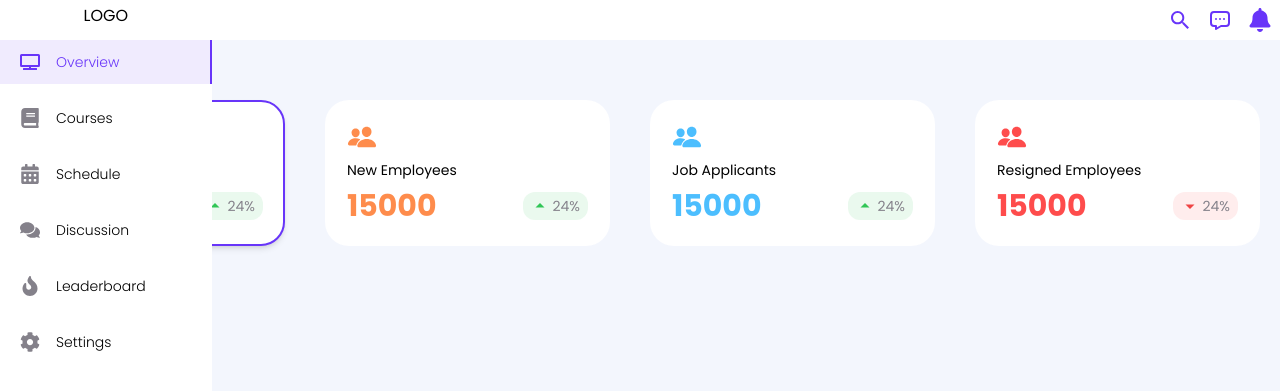
Repository: SpicierEwe/creativeio_hr_dashboard
Page: /
The author's editor kept a copy of each file at every save. The page is drawn from the files as they stood at one save, then again after the next save.
The browser window is 1280 px wide. The pictures show the whole page.
The project was rebuilt for these pictures with package versions that can differ from the ones it lists, and the page was loaded fresh each time. Also part of the build but not shown: src/components/dashboard/sections/sections_2/section_2.jsx. Imported but missing from the stored project, and not drawn on this page: src/components/dashboard/sections/sections_2/charts/pie_chart.

Above is the page before, as saved 2024-06-28 23:25:05.

### public/index.html
<!DOCTYPE html>
<html lang="en">
  <head>
    <meta charset="utf-8" />
    <link rel="icon" href="%PUBLIC_URL%/favicon.ico" />
    <meta name="viewport" content="width=device-width, initial-scale=1" />
    <meta name="theme-color" content="#000000" />
    <meta
      name="description"
      content="A perfectly optmized HR Dashboard for all screens sizes to give you the best possible user experience no matter the type of screen size you use."
    />
    <link rel="apple-touch-icon" href="%PUBLIC_URL%/logo192.png" />
    <!--
      manifest.json provides metadata used when your web app is installed on a
      user's mobile device or desktop. See https://developers.google.com/web/fundamentals/web-app-manifest/
    -->
    <link rel="manifest" href="%PUBLIC_URL%/manifest.json" />
    <!--
      Notice the use of %PUBLIC_URL% in the tags above.
      It will be replaced with the URL of the `public` folder during the build.
      Only files inside the `public` folder can be referenced from the HTML.

      Unlike "/favicon.ico" or "favicon.ico", "%PUBLIC_URL%/favicon.ico" will
      work correctly both with client-side routing and a non-root public URL.
      Learn how to configure a non-root public URL by running `npm run build`.
    -->
    <title>HR Dashboard</title>
  </head>
  <body>
    <noscript>You need to enable JavaScript to run this app.</noscript>
    <div id="root"></div>
    <!--
      This HTML file is a template.
      If you open it directly in the browser, you will see an empty page.

      You can add webfonts, meta tags, or analytics to this file.
      The build step will place the bundled scripts into the <body> tag.

      To begin the development, run `npm start` or `yarn start`.
      To create a production bundle, use `npm run build` or `yarn build`.
    -->
  </body>
</html>

### src/index.css
@import url('https://fonts.googleapis.com/css2?family=Poppins:ital,wght@0,100;0,200;0,300;0,400;0,500;0,600;0,700;0,800;0,900;1,100;1,200;1,300;1,400;1,500;1,600;1,700;1,800;1,900&display=swap');


@tailwind base;
@tailwind components;
@tailwind utilities;

@layer base {
    :root {
        --color-primary: #ffffff;
        --color-secondary: #f3f6fd;
        --accent: #6835f9;
        --accent-light: #f0ebfe;

        --font-primary: #202020;
        --font-secondary: #84818A;
        --font-tertiary: #47464A;
        /* Corrected the double # */
    }

    .hide-scrollbar::-webkit-scrollbar {
        display: none;
    }

    .hide-scrollbar {
        -ms-overflow-style: none;
        /* IE and Edge */
        scrollbar-width: none;
        /* Firefox */
    }

    body {
        font-family: 'Poppins', sans-serif;
        background-color: var(--color-secondary);
    }

    h1,
    h2,
    h3,
    h4 {
        color: var(--font-primary);
    }





    p {
        color: var(--font-secondary);
    }
}

### src/App.js
import { BrowserRouter as Router, Routes, Route } from "react-router-dom";

import "./App.css";
import DashBoard from "./components/dashboard/dashboard";
import SideNav from "./components/side_nav/side_nav";
import { useRef } from "react";

function App() {
  const sideRef = useRef(null);
  return (
    <Router>
      <div className="App overflow-x-hidden ">
        <div className="flex max-w-screen-2xl w-screen">
          {/* side and top nav  */}
          <div ref={sideRef} className="">
            <SideNav />
          </div>
          {/* right content */}
          <div className="w-[100%] pt-20  ">
            <Routes>
              <Route path="/" element={<DashBoard />} />
            </Routes>
          </div>
        </div>
      </div>
    </Router>
  );
}

export default App;

### src/components/dashboard/dashboard.jsx
import Section1 from "./sections/section_1/section_1";
import Section2 from "./sections/sections_2/section_2";

function DashBoard() {
  return (
    <div>
      <div className=" ">
        <Section1 />
      </div>

      <div className="">{/* <Section2 /> */}</div>
    </div>
  );
}

export default DashBoard;

### src/components/side_nav/side_nav.jsx
import React, { useEffect, useState } from "react";

import {
  FaComments,
  FaCog,
  FaFire,
  FaCalendarAlt,
  FaBook,
  FaTv,
  FaBell,
} from "react-icons/fa";
import { IoMdSearch } from "react-icons/io";
import { TbMessageDots } from "react-icons/tb";
import { Link, redirect, useLocation } from "react-router-dom";

const menuItems = [
  { id: 1, icon: <FaTv />, label: "Overview", notifications: 0, redirect: "/" },
  {
    id: 2,
    icon: <FaBook />,
    label: "Courses",
    notifications: 0,
    redirect: "/courses",
  },
  {
    id: 3,
    icon: <FaCalendarAlt />,
    label: "Schedule",
    notifications: 2,
    redirect: "/schedule",
  },
  {
    id: 4,
    icon: <FaComments />,
    label: "Discussion",
    notifications: 0,
    redirect: "/discussion",
  },
  {
    id: 5,
    icon: <FaFire />,
    label: "Leaderboard",
    notifications: 0,
    redirect: "/leaderboard",
  },
  {
    id: 6,
    icon: <FaCog />,
    label: "Settings",
    notifications: 0,
    redirect: "/settings",
  },
];

function SideNav() {
  const [selectedNavIndex, setSelectedNavIndex] = useState(0);

  const location = useLocation();

  useEffect(() => {
    const path = location.pathname;
    const index = menuItems.findIndex((item) => item.redirect === path);
    setSelectedNavIndex(index);
  }, [location.pathname]);

  return (
    <div className="fixed">
      {/* top nav */}
      <TopNavBar />

      {/* side nav */}
      <ul className="flex flex-col fixed  gap-3 h-screen justify-between z-[999] bg-primary">
        <div className="flex flex-col  gap-3">
          {/*  LOGO images */}

          <div className="mt-1">LOGO</div>

          {/* <h2>Main Menu</h2> */}
          {menuItems.map((item, index) => {
            const isSelected = selectedNavIndex === index;
            return (
              <Link to={item.redirect}>
                <li
                  key={item.id}
                  // bg
                  className={`p-3 border-r-2 ${
                    isSelected ? "border-accent" : "border-primary"
                  } text-md cursor-pointer w-full ${
                    isSelected ? "bg-accent_light" : ""
                  } transition-all duration-200 ease-in-out lg:pr-16 lg:pl-5 `}
                  onClick={() => setSelectedNavIndex(index)}
                >
                  <div className="flex justify-between gap-10">
                    <div className="flex gap-4">
                      {/* item icon */}
                      <div
                        className={` text-2xl lg:text-xl ${
                          isSelected ? "text-accent" : "text-secondary"
                        }  `}
                      >
                        {item.icon}
                      </div>

                      {/* lable */}
                      <div
                        className={`hidden lg:block text-sm font-light ${
                          isSelected ? "text-accent" : ""
                        } `}
                      >
                        {item.label}
                      </div>
                    </div>
                  </div>
                </li>
              </Link>
            );
          })}
        </div>
      </ul>
    </div>
  );
}

export default SideNav;
const TopNavBar = () => {
  const icons = [<IoMdSearch />, <TbMessageDots />, <FaBell />];
  return (
    <div className="bg-primary w-screen fixed  max-w-screen-2xl">
      {/* mobile */}
      <div className="flex justify-between">
        <div></div>

        {/* icons */}
        <div className="flex">
          {icons.map((icon, index) => (
            <div
              key={index}
              className="flex justify-end p-2 text-2xl text-accent"
            >
              {icon}
            </div>
          ))}
        </div>
      </div>
    </div>
  );
};

### src/components/dashboard/sections/section_1/section_1.jsx
import { useState } from "react";
import { IoPeople } from "react-icons/io5";
import { RiArrowUpSFill } from "react-icons/ri";

function Section1() {
  const data = [
    {
      icon: <IoPeople />,
      title: "Total Employees",
      count: 15000,
      percentage: "24%",
      color: "#6835f9",
      drop: false,
    },
    {
      icon: <IoPeople />,
      title: "New Employees",
      count: 15000,
      percentage: "24%",
      color: "#fe8c4c",
      drop: false,
    },
    {
      icon: <IoPeople />,
      title: "Job Applicants",
      count: 15000,
      percentage: "24%",
      color: "#4cbefe",
      drop: false,
    },
    {
      icon: <IoPeople />,
      title: "Resigned Employees",
      count: 15000,
      percentage: "24%",
      color: "#fe4c4c",
      drop: true,
    },
  ];

  function hexToRGBA(hex, opacity) {
    let r = 0,
      g = 0,
      b = 0;
    if (hex.length === 4) {
      r = parseInt(hex[1] + hex[1], 16);
      g = parseInt(hex[2] + hex[2], 16);
      b = parseInt(hex[3] + hex[3], 16);
    } else if (hex.length === 7) {
      r = parseInt(hex[1] + hex[2], 16);
      g = parseInt(hex[3] + hex[4], 16);
      b = parseInt(hex[5] + hex[6], 16);
    }
    return `rgba(${r},${g},${b},${opacity})`;
  }

  const item = {
    color: "#ff5733", // Example color
  };

  const boxShadowColor = hexToRGBA(item.color, 0.3);
  const boxShadow = `0 4px 10px -3px ${boxShadowColor}`;
  console.log(boxShadow);

  const [selectedIndex, setSelectedIndex] = useState(0);

  return (
    <div className="hide-scrollbar flex gap-5 lg:gap-10 overflow-x-auto hide-scroll w-full p-5 pl-0   xl:grid grid-cols-4">
      {data.map((item, index) => {
        return (
          <div
            key={index}
            onClick={() => setSelectedIndex(index)}
            className={`text-start rounded-3xl p-5 bg-primary flex flex-col items-start cursor-pointer ${
              selectedIndex === index ? `shadow-md` : ""
            } transition-all duration-200 ease-in-out`}
            style={{
              border: `2px ${
                selectedIndex === index ? item.color : "transparent"
              } solid`,
            }}
          >
            <div
              className="text-3xl"
              style={{
                color: item.color,
              }}
            >
              {item.icon}
            </div>
            <div className=" mt-2 text-sm  whitespace-nowrap">{item.title}</div>
            <div className="w-full flex gap-3 mt-2  items-center justify-between">
              <p
                className="text-3xl font-bold"
                style={{
                  color: item.color,
                }}
              >
                {item.count}
              </p>
              <div
                className="flex gap-1 items-center w-fit rounded-xl py-1 px-2"
                style={{
                  color: item.drop ? "red" : "green",
                  backgroundColor: item.drop
                    ? "rgba(254, 76, 76, 0.1)"
                    : "rgba(49, 198, 86, 0.1)",
                }}
              >
                {!item.drop ? (
                  <RiArrowUpSFill className="text-[#31c656] text-lg" />
                ) : (
                  <RiArrowUpSFill className="text-red-500 text-lg rotate-180" />
                )}
                <p className="text-sm">{item.percentage}</p>
              </div>
            </div>
          </div>
        );
      })}
    </div>
  );
}

export default Section1;

### tailwind.config.js
/** @type {import('tailwindcss').Config} */
module.exports = {
  content: ["./src/**/*.{js,jsx,ts,tsx}"],
  theme: {
    extend: {
      colors: {
        primary: "var(--color-primary)",
        secondary: "var(--color-secondary)",
        accent: "var(--accent)",
        accent_light: "var(--accent-light)",
      },
      textColor: {
        primary: "var(--font-primary)",
        secondary: "var(--font-secondary)",
        tertiary: "var(--font-tertiary)",
      },
    },
  },
  plugins: [],
};

Loaded but not shown: src/index.js (common file); src/reportWebVitals.js (common file); src/App.css (common file)

After the next save:
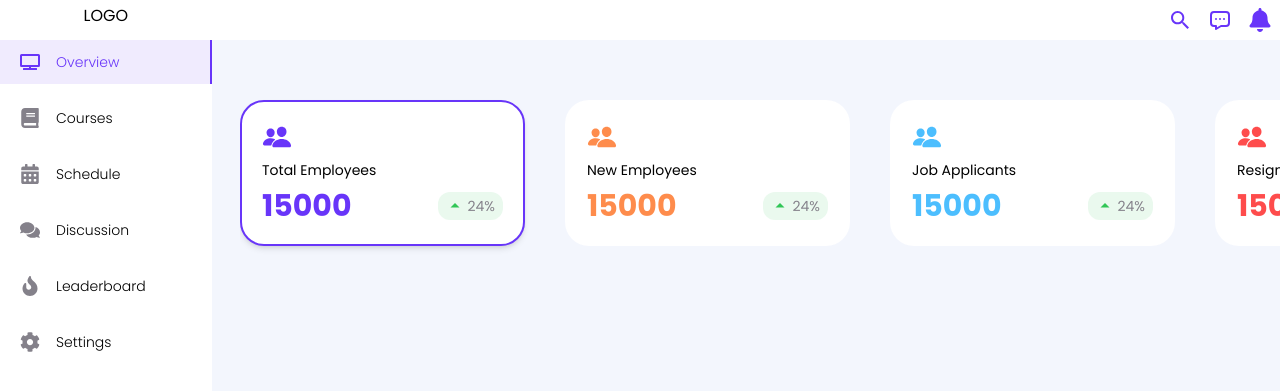
Saved 18 s later.
--- a/src/components/dashboard/sections/section_1/section_1.jsx
+++ b/src/components/dashboard/sections/section_1/section_1.jsx
@@ -65,7 +65,7 @@
   const [selectedIndex, setSelectedIndex] = useState(0);
 
   return (
-    <div className="hide-scrollbar flex gap-5 lg:gap-10 overflow-x-auto hide-scroll w-full p-5 pl-0   xl:grid grid-cols-4">
+    <div className="hide-scrollbar flex gap-5 lg:gap-10 overflow-x-auto hide-scroll w-full p-5 pl-0   xl:grid grid-cols-4  ml-[5rem] lg:ml-[15rem]">
       {data.map((item, index) => {
         return (
           <div

After the save that followed:
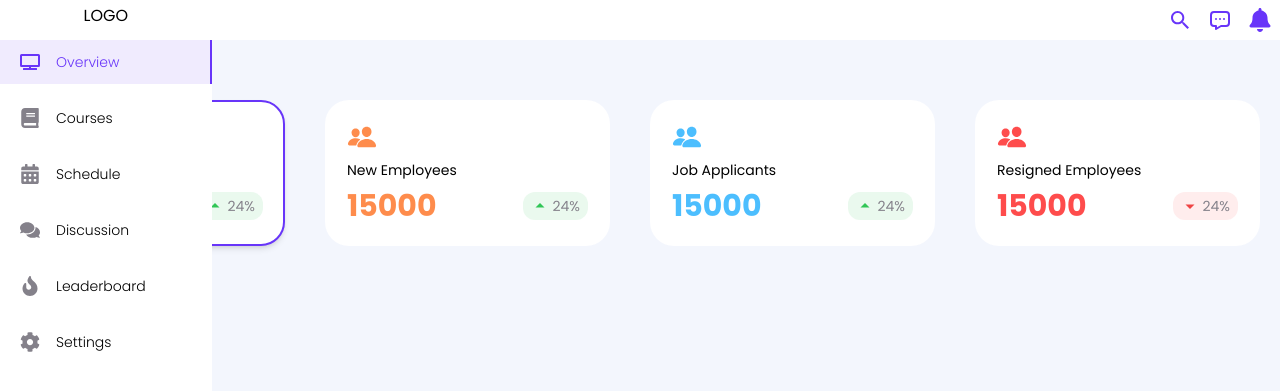
Saved 7 s later.
--- a/src/components/dashboard/sections/section_1/section_1.jsx
+++ b/src/components/dashboard/sections/section_1/section_1.jsx
@@ -65,7 +65,7 @@
   const [selectedIndex, setSelectedIndex] = useState(0);
 
   return (
-    <div className="hide-scrollbar flex gap-5 lg:gap-10 overflow-x-auto hide-scroll w-full p-5 pl-0   xl:grid grid-cols-4  ml-[5rem] lg:ml-[15rem]">
+    <div className="hide-scrollbar flex gap-5 lg:gap-10 overflow-x-auto hide-scroll w-full p-5 pl-0   xl:grid grid-cols-4 ">
       {data.map((item, index) => {
         return (
           <div
